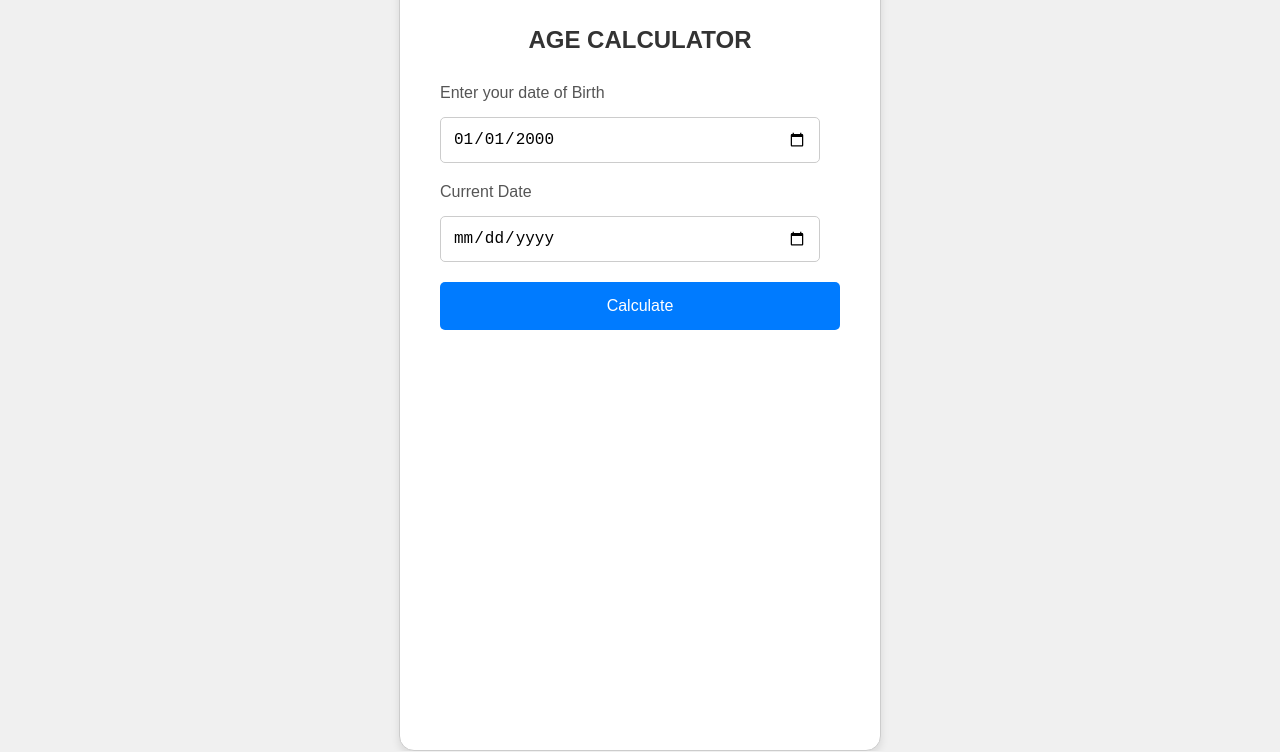
Repository: Femi007-gh/Calculator
Page: index.html
An editor plug-in stored every save of this project. The page is shown before and after a run of saves, followed by the edit.
The browser window is 1280 px wide. The pictures show the whole page.

Above is the page before, as saved 2025-03-27 20:35:38.

After the next 3 saves:
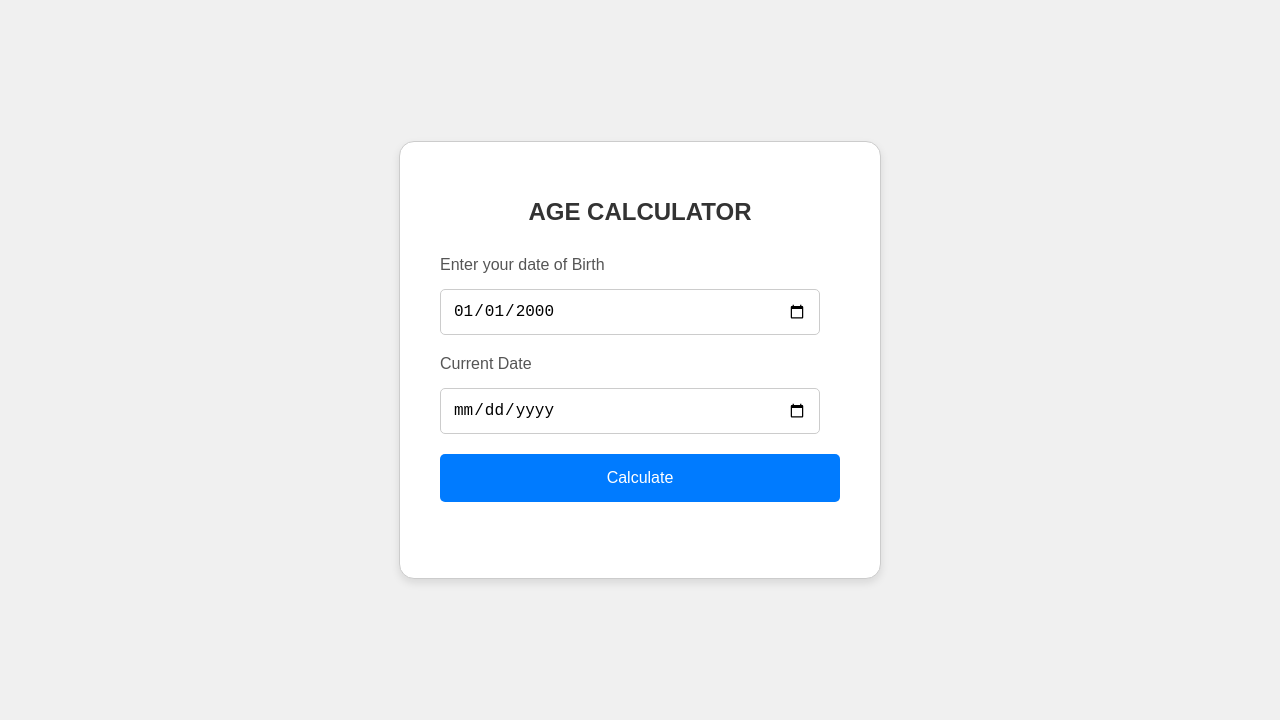
The 3 saves are shown as one change because they came seconds apart.
The last was saved 10 s later.
--- a/style.css
+++ b/style.css
@@ -56,9 +56,3 @@ button {
 button:hover {
   background-color: #0056b3;
 }
-
-#currentAge {
-
-  color: #333;
-  margin-top: 360px;
-}

After the save that followed:
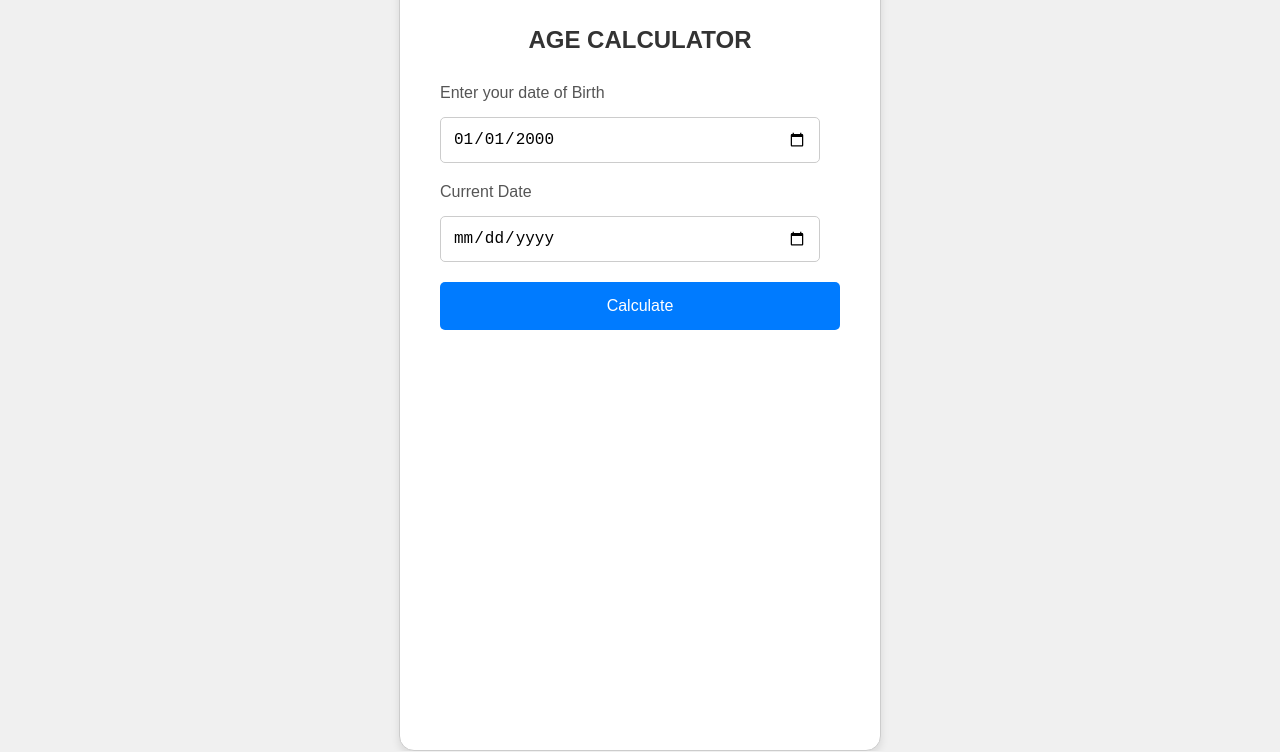
Saved 11 s later.
--- a/style.css
+++ b/style.css
@@ -56,3 +56,9 @@ button {
 button:hover {
   background-color: #0056b3;
 }
+
+#currentAge {
+
+  color: #333;
+  margin-top: 360px;
+}
